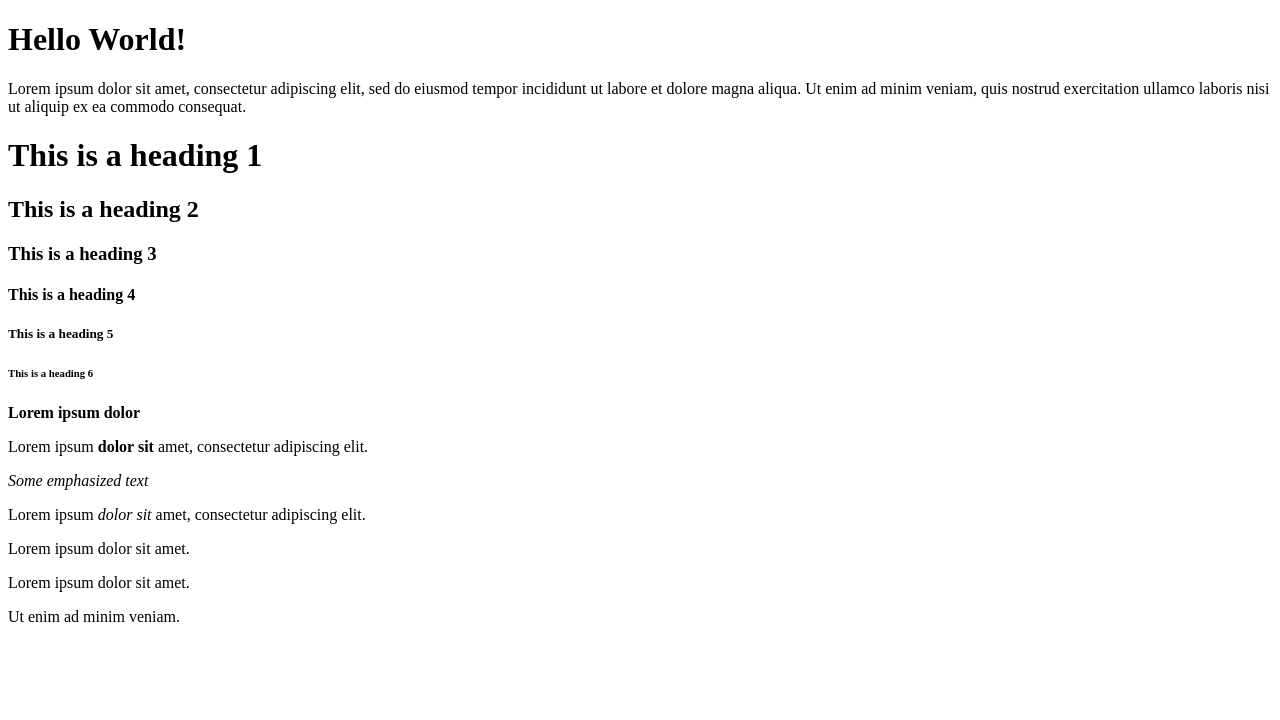
Repository: HeliosAI9/First-test-website
Page: mywebsite/html-boilerplate/index.html
The author's editor kept a copy of each file at every save. The page is drawn from the files as they stood at one save, then again after the next save.
The browser window is 1280 px wide. The pictures show the whole page.

Above is the page before, as saved 2023-05-14 15:49:14.

After the next save:
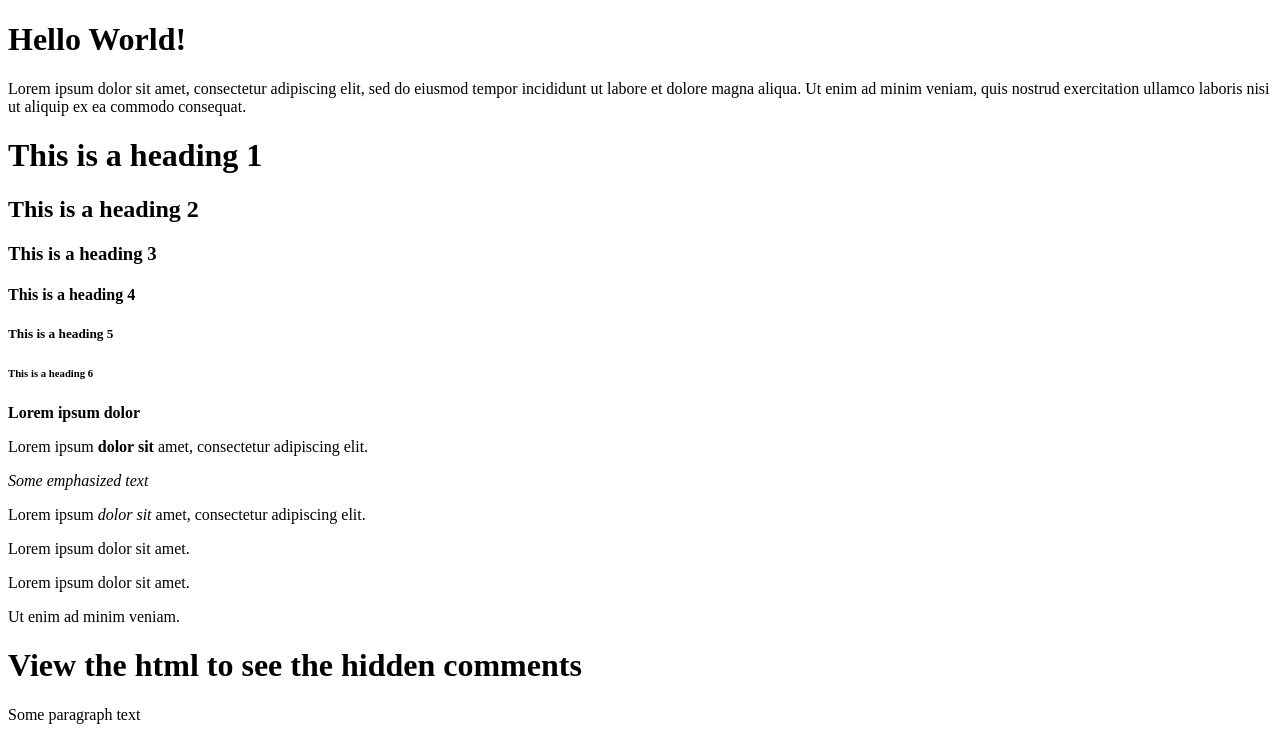
Saved 2 min 10 s later.
--- a/mywebsite/html-boilerplate/index.html
+++ b/mywebsite/html-boilerplate/index.html
@@ -36,5 +36,13 @@
 
     <p>Lorem ipsum dolor sit amet.</p>
     <p>Ut enim ad minim veniam.</p>
+
+    <h1> View the html to see the hidden comments </h1>
+
+<!-- I am a html comment -->
+
+<p>Some paragraph text</p>
+
+<!-- I am another html comment -->
   </body>
  </html>
